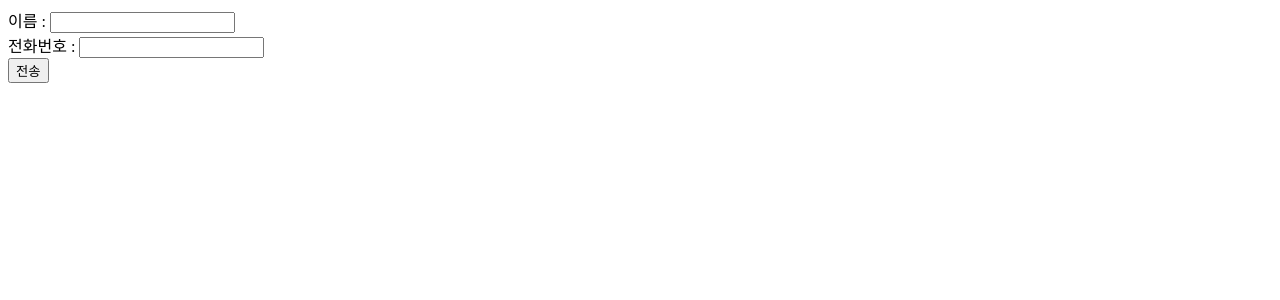
Repository: sungeunbyeol/Nowon-ezen-jsp
Page: test/WebContent/test10.html
The author's editor kept a copy of each file at every save. The page is drawn from the files as they stood at one save, then again after the next save.
The browser window is 1280 px wide. The pictures show the whole page.

Above is the page before, as saved 2021-11-02 05:20:02.

After the next save:
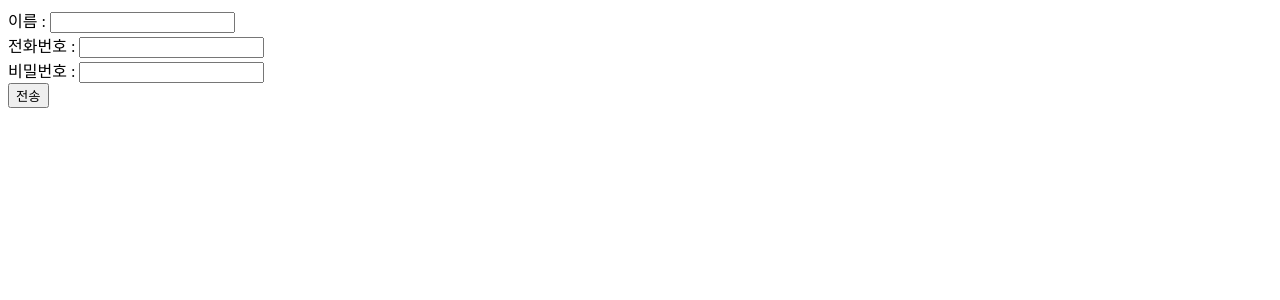
Saved 7 min 33 s later.
--- a/test/WebContent/test10.html
+++ b/test/WebContent/test10.html
@@ -8,6 +8,7 @@
 	<form name="f" action="" method="post">
 		이름 : <input type="text" name="name"><br>
 		전화번호 : <input type="text" name="tel"><br>
+		비밀번호 : <input type="password" name="pwd"><br>
 		<input type="submit" value="전송">
 	</form>
 </body>
